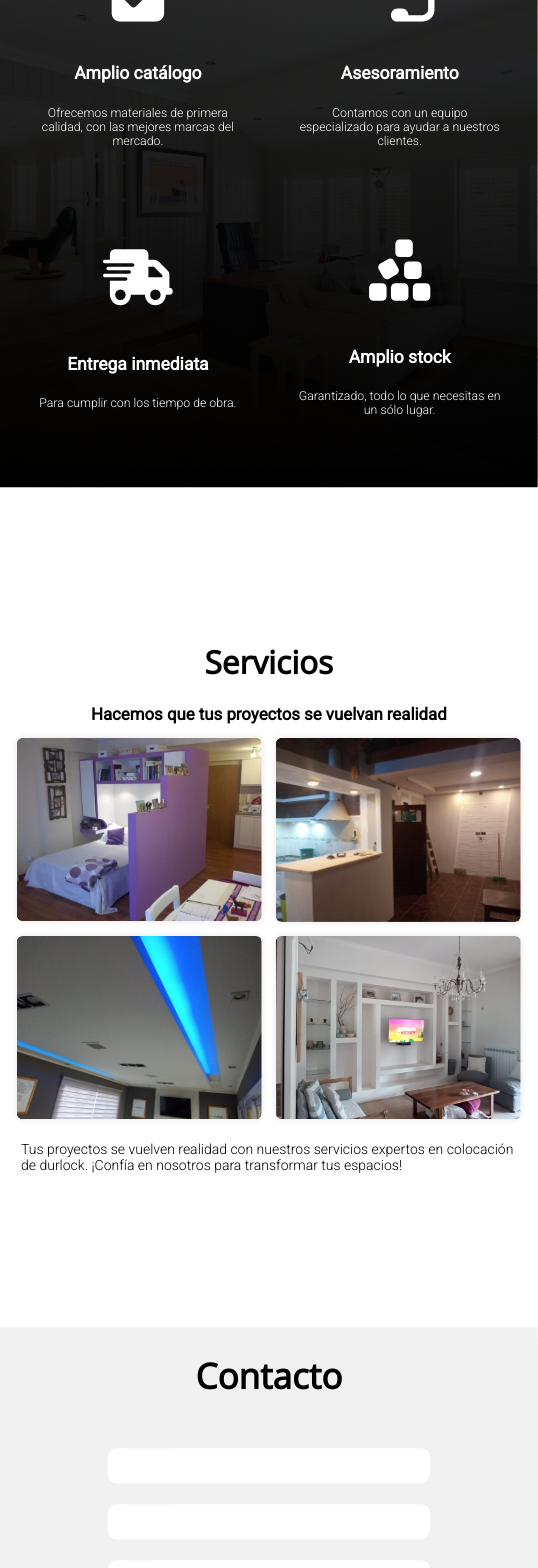
Repository: DamianBermudez94/Perfil-Plac
Page: /
An editor plug-in stored every save of this project. The page is shown before and after the next save, followed by the edit.
The browser window is 768 px wide. The pictures show the part of the page from y = 4260 to 6500 px (the page is 7406 px tall), at 70% of full size.
Backgrounds fixed to the window are drawn as part of the page. The project was rebuilt for these pictures with package versions that can differ from the ones it lists, and the page was loaded fresh each time. Also part of the build but not shown: vite.config.js, src/index.css.

Above is the page before, as saved 2024-02-20 18:42:01.

### index.html
<!DOCTYPE html>
<html lang="en">
  <head>
    <meta charset="UTF-8" />
    <link rel="preconnect" href="https://fonts.googleapis.com" />
    <link rel="preconnect" href="https://fonts.gstatic.com" crossorigin />
    <link
      href="https://fonts.googleapis.com/css2?family=Open+Sans:wght@300;400&family=Roboto:ital,wght@0,300;0,400;1,300&display=swap"
      rel="stylesheet"
    />
    <link
      rel="icon"
      type="image/png"
      sizes="32x32"
      href="/public/favicon-32x32.png"
    />
    <meta name="author" content="Damián Bermúdez" />
    <meta name="viewport" content="width=device-width, initial-scale=1.0" />
    <meta
      name="description"
      content="Somos una empresa que se dedica a la venta y colocación de insumos para la construcción en seco"
    />
    <title>Perfil-Plac Innovasión</title>
  </head>
  <body>
    <div id="root"></div>
    <script type="module" src="/src/main.jsx"></script>
  </body>
</html>

### src/App.jsx
import { Footer } from "./components/Footer/Footer";
import { Header } from "./components/Header/Header";
import { Main } from "./components/Main/Main";
import "./App.css";

function App() {
  return (
    <>
      <Header></Header>
      <Main></Main>
      <Footer></Footer>
    </>
  );
}

export default App;

### src/components/Footer/Footer.jsx
import { FaFacebookF } from "react-icons/fa";
import { FaInstagram } from "react-icons/fa";
import { FaWhatsapp } from "react-icons/fa";
import { TfiEmail } from "react-icons/tfi";
import logoImagen from "../../img/PerfilPlac.png"
import "./styles.css";
export const Footer = () => {
  return (
    <footer className="footer">
      <div className="footer-container">
        <div className="footer-logo-container">
          <img src={logoImagen} alt="perfil-plac" className="logo-footer" />
        </div>
        <div className="content-icon">
          <ul className="container-red__social">
            <li className="icon-content">
              <a
                href=""
                className="link"
                data-social="facebook"
                aria-label="Facebook"
              >
                <FaFacebookF className="icon-facebook" />
              </a>

              <div className="tooltip">Facebook</div>
            </li>
            <li className="icon-content">
              <a
                href=""
                className="link"
                data-social="instagram"
                aria-label="Instagram"
              >
                <FaInstagram />
              </a>

              <div className="tooltip">Instagram</div>
            </li>
            <li className="icon-content">
              <a
                href=""
                className="link"
                data-social="whatsapp"
                aria-label="Whatsapp"
              >
                <FaWhatsapp />
              </a>

              <div className="tooltip">Whatsapp</div>
            </li>
            <li className="icon-content">
              <a
                href=""
                className="link"
                data-social="email"
                aria-label="Email"
              >
                <TfiEmail />
              </a>

              <div className="tooltip">Email</div>
            </li>
          </ul>
        </div>
        <div className="custom-line"></div>
        <div className="footer-legal__text">
          <p>@2024 Perfil-Plac innovación</p>
          <span>
            <a href="https://damianbermudezdev.es/" target="__blank">
              Hecho por DB|WEB &#169;
            </a>
          </span>
        </div>
      </div>
    </footer>
  );
};

### src/components/Header/Header.jsx
import { useState } from "react";

import { BrowserRouter as Router } from "react-router-dom";
import { NavHashLink, HashLink } from "react-router-hash-link";
import logoImagen from "../../img/PerfilPlac.png";
import "./styles.css";
export function Header() {
  const [isActive, setActive] = useState(false);

  function closeMenu() {
    setActive(false);
  }

  return (
    <header className="header header-fixed">
      <Router>
        <HashLink smooth to="#home" className="logo">
          <figure>
            <img src={logoImagen} alt="Perfil-Plac" />
          </figure>
        </HashLink>

        <nav className={isActive ? "active" : ""}>
          <NavHashLink smooth to="#home" onClick={closeMenu}>
            Inicio
          </NavHashLink>
          <NavHashLink smooth to="#nosotros" onClick={closeMenu}>
            Nosotros
          </NavHashLink>
          <NavHashLink smooth to="#productos" onClick={closeMenu}>
            Productos
          </NavHashLink>
          <NavHashLink smooth to="#servicios" onClick={closeMenu}>
            Servicios
          </NavHashLink>
          <NavHashLink smooth to="#contacto" onClick={closeMenu}>
            Contacto
          </NavHashLink>
        </nav>

        <div
          aria-expanded={isActive ? "true" : "false"}
          aria-haspopup="true"
          aria-label={isActive ? "Fechar menu" : "Abrir menu"}
          className={isActive ? "menu active" : "menu"}
          onClick={() => {
            setActive(!isActive);
          }}
        ></div>
      </Router>
    </header>
  );
}

### src/components/Main/Main.jsx
import Contacto from "../Contacto/Contacto";
import { Producto } from "../Producto/Producto";
import Servicios from "../Servicios/Servicios";
import Nosotros from "../Nosotros/Nosotros";
import Inicio from "../Home/Home";
export function Main() {
  return (
    <main>
      <Inicio />
      <Nosotros />
      <Producto />
      <Servicios />
      <Contacto/>
    </main>
  );
}

### src/App.css
* {
  margin: 0;
  padding: 0;
  box-sizing: border-box;
}

.App {
  width: 100%;
  padding-top: 80px; /* Ajusta este valor según la altura de tu barra de navegación */
}
body {
  max-width: 100%;
  overflow-x: hidden;
  font-family: "Roboto", sans-serif;
  font-weight: 300;
  font-style: normal;
}
h1{
  font-family: 'Open Sans', sans-serif;
}
a {
  text-decoration: none;
}

.logo img {
  width: 150px;
  height: 50px;
  object-fit: cover;
  margin-top: 30px;
}
.nav-logo {
  overflow: hidden;
}

### src/components/Footer/styles.css
/**--Estilos del footer--**/
.footer {
    display: flex;
    justify-content: space-around;
    background-color: #e2e2e2;
    padding: 20px;
  }

  .footer-container {

    display: grid;
    grid-template-columns: repeat(3, 1fr);

    justify-items: center;
    align-items: center;
  }

  .footer-logo-container {
    display: flex;
    justify-content: center;
    align-items: center;
    grid-column: span 1;
  }
  .logo-footer {
    width: 150px;
    height: 100px;
    object-fit: cover;

  }
  .content-icon{
    grid-column:  3;
  }

  .footer-legal__text p {
    margin-bottom: 20px;

  }
  .footer-legal__text{
    grid-column:span 4 ;
  }
  .footer-legal__text span {
    margin-top: 20px;
    font-weight: 600;

  }

  .footer-legal__text span a {
    color: #4c4c4c;
    text-decoration: none;
    cursor: pointer;
  }
  .custom-line {
    width: 100%;
    height: 1px;
    background-color: #6c7a72;
    margin: 10px 0;
    box-shadow: 0 0 5px 0 rgba(0, 0, 0, 0.5);
    grid-column: span 4;
  }
  @media (max-width: 920px) {
    .footer {
      height: 350px;
    }

    .footer-container {
      display: flex;
      flex-direction: column;
      justify-content: center;
      align-items: center;
    }
    .footer-container div {
      margin: 10px;
    }
  }

### src/components/Header/styles.css
.header {
  width: 100%;
  display: flex;
  align-items: center;
  justify-content: space-around;
  padding: 1.8rem 10rem;
  background-color: #e2e2e2;
  position: fixed;
  top: 0;
  left: 0;
  z-index: 1000;
}

nav {
  display: flex;
  align-items: center;
  gap: 1.8rem;

  a {

    color: #000;
    padding: 0.6rem;
    font-weight: bold;
    text-transform: uppercase;
    transition: filter 0.25s;

    &.button {
      padding: 0.6rem 5rem;
    }

    &:hover {
      filter: brightness(0.6);
      color: #6c7a72;
    }
  }
}

.menu-container {
  cursor: pointer;
  padding: 0.6rem 0;
}

.menu {
  width: 2rem;
  height: 0.2rem;
  background: #ffff;
  position: relative;
  cursor: pointer;
  display: none;

  &:before {
    bottom: 0.5rem;
  }
  &:after {
    top: 0.5rem;
  }

  &.active:before {
    bottom: 0;
    transform: rotate(45deg);
  }

  &.active:after {
    top: 0;
    transform: rotate(135deg);
  }

  &.active {
    background-color: rgba(0, 0, 0, 0);
  }
}

.menu:before,
.menu:after {
  content: "";
  display: block;
  position: absolute;
  width: 100%;
  height: 0.2rem;
  background: #ffff;
  cursor: pointer;
  transition: 0.6s;
}

input[type="checkbox"] {
  height: 0;
  width: 0;
  visibility: hidden;
  outline: none;
}

label {
  cursor: pointer;
  text-indent: -9999px;
  width: 55px;
  height: 30px;
  background: var(--green);
  display: block;
  justify-content: center;
  align-items: center;
  -webkit-border-radius: 100px;
  -moz-border-radius: 100px;
  border-radius: 100px;
  position: relative;
  margin-left: auto;
  right: 10px;
}

@media only screen and (max-width: 800px) {
  label {
    position: relative;
  }
}

label:after {
  content: "";
  background: #fff;
  width: 20px;
  height: 20px;
  -webkit-border-radius: 50%;
  -moz-border-radius: 50%;
  border-radius: 50%;
  position: absolute;
  top: 5px;
  left: 4px;
  transition: cubic-bezier(0.68, -0.55, 0.27, 01.55) 320ms;
}

input:checked + label {
  background: var(--pink);
}

input:checked + label:after {
  left: calc(100% - 5px);
  -webkit-transform: translateX(-100%);
  -moz-transform: translateX(-100%);
  -ms-transform: translateX(-100%);
  -o-transform: translateX(-100%);
  transform: translateX(-100%);
}

@media (max-width: 960px) {
  .menu {
    display: block;
  }

  nav {
    -ms-overflow-style: none;
    scrollbar-width: none;
    overflow: hidden;
    opacity: 0;
    visibility: hidden;
    flex-direction: column;
    justify-content: center;
    align-items: center;
    position: fixed;

    height: 100vh;
    background-color: var(--blue);
    top: 0;
    left: 0;
    transition: opacity 0.25s;
    background-color: var(--green);

    a.button {
      background-color: var(--pink);
    }

    &.active {
      opacity: 1;
      visibility: visible;
    }
  }
}

### src/components/Contacto/Contacto.jsx
import { FaFacebookF } from "react-icons/fa";
import { FaInstagram } from "react-icons/fa";
import { FaWhatsapp } from "react-icons/fa";
import { TfiEmail } from "react-icons/tfi";
import "./styles.css"
const Contacto = () => {
  return (
    <section className="section-form" id="contacto">
      <h1>Contacto</h1>
      <form className="form">
        <div className="input-container ic1">
          <input placeholder="" type="text" className="input" id="firstname" />
          <div className="cut"></div>
          <label className="iLabel" htmlFor="firstname">
            Nombre
          </label>
        </div>

        <div className="input-container ic2">
          <input type="text" className="input" id="lastname" />
          <div className="cut"></div>
          <label className="iLabel" htmlFor="lastname">
            Apellido
          </label>
        </div>
        <div className="input-container ic2">
          <input type="email" className="input" id="email" />
          <div className="cut cut-short"></div>
          <label className="iLabel" htmlFor="email">
            Email
          </label>
        </div>
        <div className="input-container ic2">
          <input type="text" className="input" id="asunto" />
          <div className="cut"></div>
          <label className="iLabel" htmlFor="asunto">
            Asunto
          </label>
        </div>
        <input className="submit" type="submit" value="Enviar" />
      </form>
      <div className="container-redes_sociales">
        <h2>
          También podes seguirnos por nuestras redes sociales para conecer más
          nuestros servicios
        </h2>
        <div className="content-icon">
          <ul className="container-red__social">
            <li className="icon-content">
              <a
                href=""
                className="link"
                data-social="facebook"
                aria-label="Facebook"
              >
                <FaFacebookF className="icon-facebook" />
              </a>

              <div className="tooltip">Facebook</div>
            </li>
            <li className="icon-content">
              <a
                href=""
                className="link"
                data-social="instagram"
                aria-label="Instagram"
              >
                <FaInstagram />
              </a>

              <div className="tooltip">Instagram</div>
            </li>
            <li className="icon-content">
              <a
                href=""
                className="link"
                data-social="whatsapp"
                aria-label="Whatsapp"
              >
                <FaWhatsapp />
              </a>

              <div className="tooltip">Whatsapp</div>
            </li>
            <li className="icon-content">
              <a
                href=""
                className="link"
                data-social="email"
                aria-label="Email"
              >
                <TfiEmail />
              </a>

              <div className="tooltip">Email</div>
            </li>
          </ul>
        </div>
      </div>
    </section>
  );
};

export default Contacto;

### src/components/Servicios/Servicios.jsx
import React from "react";
import { Transition } from "react-transition-group";

import imagen1 from "../../img/fondo1.jpg";
import imagen2 from "../../img/fondo2.jpg";
import imagen3 from "../../img/fondo3.jpg";
import imagen4 from "../../img/fondo4.jpg";
import "./styles.css";

const Servicios = () => {
  const [inProp, setInProp] = React.useState(false);

  React.useEffect(() => {
    // Activa la transición después de que el componente se monte
    setInProp(true);
  }, []);
  return (
    <Transition in={inProp} timeout={500}>
      {(state) => (
        <div
          style={{
            transition: `opacity 0.5s ease-in-out`,
            opacity: state === "entering" || state === "entered" ? 1 : 0,
          }}
        >
          <section className="container-servicios" id="servicios">
            <h1>Servicios</h1>
            <div className="content-colocacion">
              <h2>Hacemos que tus proyectos se vuelvan realidad</h2>
              <div className="container-img">
                <figure>
                  <img src={imagen1} alt="Perfil-Plac" />
                </figure>
              </div>
              <div className="container-img">
                <figure>
                  <img src={imagen2} alt="" />
                </figure>
              </div>
              <div className="container-img">
                <figure>
                  <img src={imagen3} alt="" />
                </figure>
              </div>
              <div className="container-img">
                <figure>
                  <img src={imagen4} alt="" />
                </figure>
              </div>
            </div>
            <p className="servicios-description">
              Tus proyectos se vuelven realidad con nuestros servicios expertos
              en colocación de durlock. ¡Confía en nosotros para transformar tus
              espacios!
            </p>
          </section>
        </div>
      )}
    </Transition>
  );
};

export default Servicios;

### src/components/Nosotros/Nosotros.jsx
import React from "react";
import { Transition } from "react-transition-group";
import { Accordion } from "../Acordion/Accordion";
import "./styles.css"
const Nosotros = () => {
  const [inProp, setInProp] = React.useState(false);

  React.useEffect(() => {
    // Activa la transición después de que el componente se monte
    setInProp(true);
  }, []);
  return (
    <Transition in={inProp} timeout={500}>
      {(state) => (
        <div
          style={{
            transition: `opacity 0.5s ease-in-out`,
            opacity: state === "entering" || state === "entered" ? 1 : 0,
          }}
        >
          <section className="section-nosotros" id="nosotros">
            <div className="container-text__nosotros">
              <h1>Nosotros</h1>
              <p>
                En <strong>Perfil-Plac</strong>, llevamos años dedicados a la
                excelencia en la venta y construcción de durlock. Nuestro equipo
                altamente calificado combina habilidad técnica con un enfoque
                centrado en el cliente, asegurando resultados excepcionales en
                cada proyecto. Nos comprometemos a superar expectativas y
                convertir tus ideas en espacios funcionales y estéticamente
                atractivos.
              </p>
              <h2>¿Por qué elegirnos?</h2>
              <div className="accordion-container">
                <Accordion
                  question="Calidad Inigualable"
                  answer="Trabajamos con los mejores materiales Durlock para garantizar la durabilidad y resistencia de cada construcción."
                />
                <Accordion
                  question="Asesoramiento Expertise"
                  answer=" Nuestro equipo de expertos está listo para brindarte asesoramiento personalizado, ayudándote a seleccionar los insumos adecuados para tu proyecto específico."
                />
                <Accordion
                  question="Instalación Profesional"
                  answer="No solo suministramos insumos; también ofrecemos servicios de instalación impecables, llevando tus ideas desde el papel hasta la realidad con habilidad y precisión."
                />
                <Accordion
                  question="Variedad de Productos"
                  answer=" Explora nuestra amplia gama de productos Durlock, desde placas estándar hasta soluciones especializadas para proyectos únicos."
                />
              </div>
            </div>
          </section>
        </div>
      )}
    </Transition>
  );
};

export default Nosotros;

### src/components/Home/Home.jsx
import React from "react";
import { Transition } from "react-transition-group";

import "./styles.css"
const Inicio = () => {
  const [inProp, setInProp] = React.useState(false);

  React.useEffect(() => {
    // Activa la transición después de que el componente se monte
    setInProp(true);
  }, []);
  return (
    <Transition in={inProp} timeout={500}>
      {(state) => (
        <div
          style={{
            transition: `opacity 0.5s ease-in-out`,
            opacity: state === "entering" || state === "entered" ? 1 : 0,
          }}
        >
          {/* Contenido de tu componente */}
          <section className="home-container" id="home">
            <div className="home-banner-container">
              <div className="home-text-section">
                <h2>¡Bienvenidos a Perfil-Plac innovasión!</h2>
                <p>
                Tu socio confiable en soluciones de durlock. Ofrecemos servicios para la venta y construcción de durlock para satisfacer tus necesidades.
                </p>

              </div>
            </div>
          </section>
        </div>
      )}
    </Transition>
  );
};

export default Inicio;

### src/components/Servicios/styles.css
.container-servicios {
}
.container-servicios h1 {
  grid-column: span 4;
}
.content-colocacion {
  display: grid;
  grid-template-columns: repeat(2, 1fr);
  place-items: center;
  gap: 20px;
  margin: 0 auto;
}
.content-colocacion h2 {
  grid-column: span 2;
}
.container-img {
  overflow: hidden;
  border-radius: 8px;
  box-shadow: 0 0 10px rgba(0, 0, 0, 0.1);
}

.container-img img {
  width: 100%;
  max-width: 500px;
  height: auto;
  display: block;
  border-radius: 8px;
}
.servicios-description{
  margin: 10px;
  padding: 20px;
  font-size: 20px;
}

@media (max-width: 960px) {

  .content-colocacion {

    grid-template-columns: repeat(1, 1fr);

  }
  .container-img img {

    max-width: 350px;

  }
}

### src/components/Acordion/Accordion.tsx
import { useState } from "react";
import React from 'react';
import "./style.css";



export const Accordion = ({ question, answer }) => {
  const [isOpen, setIsOpen] = useState(false);

  const toggleAccordion = () => {
    setIsOpen(!isOpen);
  };



  return (
    <div className={`accordion-item ${isOpen ? 'active' : ''}`}>
      <button className="accordion-header" onClick={toggleAccordion}>
        {question}
      </button>
      <div className="accordion-content">
        {isOpen && <p>{answer}</p>}
      </div>
    </div>

  );
};

### src/components/Nosotros/styles.css
/***--Seccion Nosotros--***/

.container-text__nosotros {
    padding: 30px;
    display: flex;
    align-items: center;
    justify-content: space-between;
    flex-direction: column;
  }
  .container-text__nosotros h1 {
    max-width: 100%;
    font-size: 45px;
    margin: 25px;
    text-align: center;
  }
  .container-text__nosotros h2 {

    font-size: 35px;

    width: 100%;
    max-width: 1300px;
    text-align: left;
    padding: 20px;
  }
  .container-text__nosotros p {
    max-width: 1300px;
    font-size: 35px;
    text-align: center;
    padding: 10px;
    margin: 20px;
    letter-spacing: normal;
    font-style: italic;
    line-height: 1.5;
    border-radius: 5px;
    box-shadow: 0 0 5px rgba(0, 0, 0, 0.1);
    transition: background-color 0.3s ease;
  }

  .container-text__nosotros p:hover {
    background-color: #e2e2e2;
  }

  .container-text__nosotros .button-informacion {
    margin-top: 30px;
    color: #6c7a72;
  }
  @media screen and (max-width: 560px) {
    .container-text__nosotros h1 {
      font-size: 35px;
    }
    .container-text__nosotros p {
      font-size: 25px;
      text-align: center;
    }
  }

### src/components/Home/styles.css
/**--Estilos Home--**/

.home-container {
    width: 100%;
    height: 723px;
    background-image: url("../../img/pexels-max-rahubovskiy-6238608.jpg");
    background-position: center;
    background-size: cover;
  }
  .home-banner-container {
    width: 100%;
    height: 100%;
    display: flex;
    justify-content: center;
    align-items: center;
    padding: 3rem;
    background-color: rgba(25, 45, 48, 0.5);
  }

  .home-text-section {
    width: 70%;
    display: flex;
    flex-direction: column;
    justify-content: center;
    align-content: flex-start;
  }
  .home-banner-container h2 {
    font-size: 40px;
    color: #ffffff;
    padding: 10px;
  }
  .home-text-section p {
    width: 50%;
    font-size: 35px;
    color: #fff;
    padding: 10px;
    margin-bottom: 40px;
  }



  @media screen and (max-width: 1290px) {
    .button-informacion {
      width: 35%;
    }
    .button-informacion svg {
      margin-left: 0.75rem;
      font-size: 1.5rem;
      display: none;
    }
  }

  @media screen and (max-width: 1110px) {
    .home-banner-container {
      padding: 0.5rem;
    }

    .button-informacion {
      width: 35%;
      font-size: 1rem;
    }
    .button-informacion svg {
      margin-left: 0.75rem;
      font-size: 1.5rem;
      display: none;
    }
  }

  @media screen and (max-width: 760px) {
    .home-banner-container {
      padding: 0.5rem;
    }

    .home-text-section p {
      font-size: 30px;
      width: 80%;
    }
    .home-banner-container .button-informacion {
      width: 50%;
      display: block;
    }

  }
  @media screen and (max-width: 560px) {
    .home-banner-container .button-informacion {
      width: 80%;
      display: block;
    }
    .home-banner-container h2 {
      font-size: 35px;
      color: #ffffff;
      padding: 10px;
    }
    .home-text-section p {
      font-size: 24px;
    }
  }

### src/components/Acordion/style.css
.accordion-container {
  max-width: 1300px;
  width: 100%;
  background-color: #fff;
  border-radius: 8px;
  box-shadow: 0 0 10px rgba(0, 0, 0, 0.1);


}
.accordion-item {

  border-bottom: 1px solid #e0e0e0;
  transition: 0.5s ease;


}
.accordion-header {
  padding: 15px;
  cursor: pointer;
  background-color: #f5f5f5;
  border: none;
  font-size: 20px;
  text-align: left;
  outline: none;
  width: 100%;
  display: flex;
  align-items: center;
  justify-content: space-between;



}
.accordion-content {
  display: none;
  padding: 15px;

}
.accordion-content p {
  font-size: 20px;
}
.accordion-item.active .accordion-content {
  display: block;


}

Loaded but not shown: src/main.jsx (common file); src/components/Producto/styles.css (679 lines, source omitted); src/components/Producto/Producto.jsx (149 lines, source omitted); src/components/Contacto/styles.css (256 lines, source omitted)

After the next save:
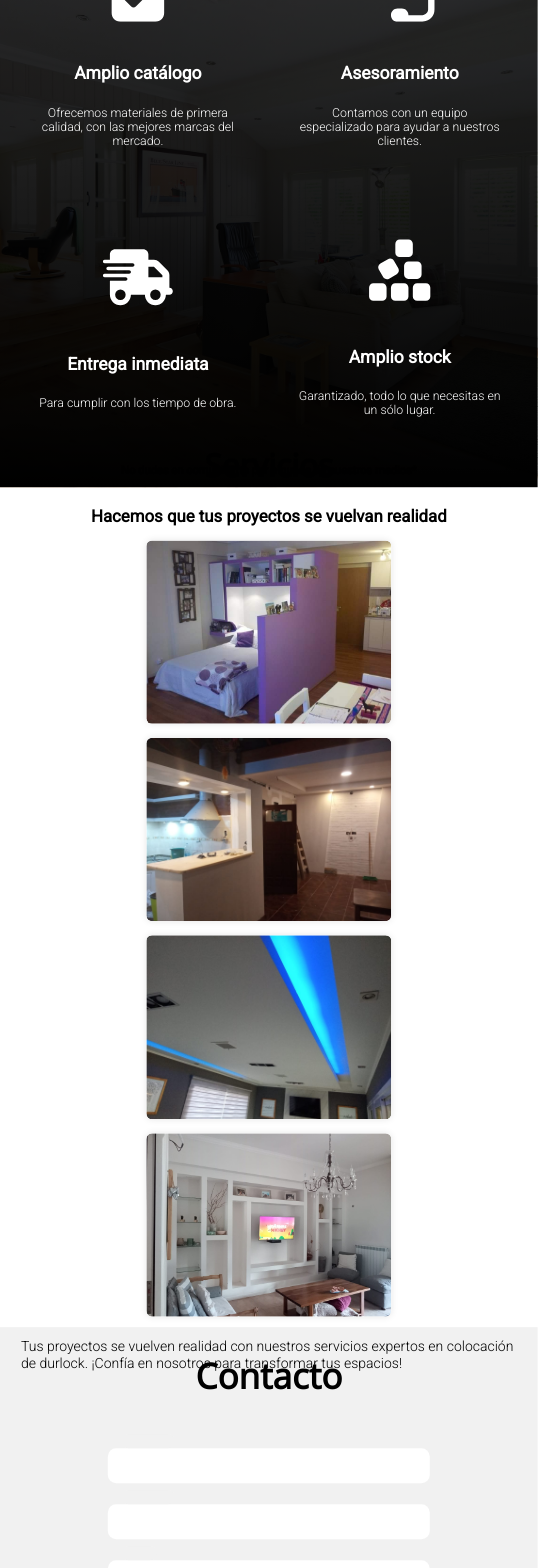
Saved 37 s later.
--- a/src/components/Servicios/styles.css
+++ b/src/components/Servicios/styles.css
@@ -39,6 +39,9 @@
     grid-template-columns: repeat(1, 1fr);
 
   }
+  .content-colocacion h2 {
+    grid-column: span 1;
+  }
   .container-img img {
 
     max-width: 350px;
